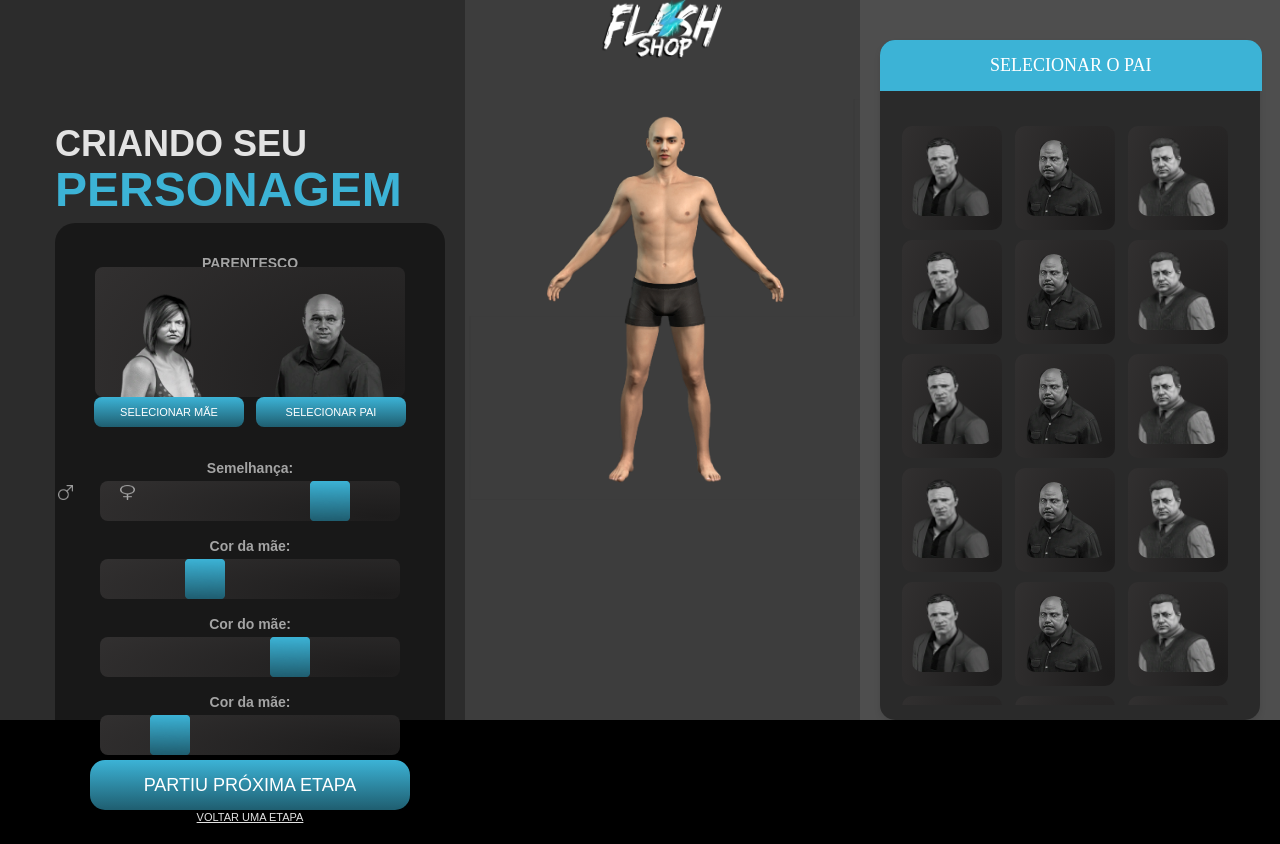
Repository: DuMCorrea/CriandoPerso
Page: index.html
These files come from the project's save history. The page is drawn as it stood at one moment and after the next save; the edit follows.
The browser window is 1280 px wide. The pictures show the whole page.

Above is the page before, as saved 2024-09-06 14:32:40.

### index.html
<!DOCTYPE html>
<html lang="en">
<head>
    <meta charset="UTF-8">
    <meta name="viewport" content="width=device-width, initial-scale=1.0">
    <title>Dividindo a Tela com Imagens</title>
    <link rel="stylesheet" href="styles.css">
</head>
<body>
    <div class="container">
        <div class="left">
            <h1 class="title">
                <span class="part1">CRIANDO SEU</span>
                <span class="part2">PERSONAGEM</span>
            </h1>
            <div class="vertical-rectangle">
                <div class="title-container">
                    <h2 class="parentesco-title">PARENTESCO</h2>
                </div>
                <div class="image-rectangle">
                    <img src="assets/mulher.png" alt="Imagem 1" class="rectangle-image">
                    <img src="assets/homem.png" alt="Imagem 2" class="rectangle-image">
                </div>
                <div class="button-group">
                    <button class="top-button">SELECIONAR MÃE</button>
                    <button class="top-button">SELECIONAR PAI</button>
                </div>
                <div class="rectangles-group">
                    <div class="image-container">
                        <img src="assets/Fem.png" alt="Imagem 1" class="small-image left-image">
                        <img src="assets/Masc.png" alt="Imagem 2" class="small-image right-image">
                    </div>
                    <div class="rectangle-title">Semelhança:</div>
                    <div class="gradient-rectangle">
                        <img src="assets/quadradoAzul.png" alt="Imagem 1" class="small-image1">
                    </div>

                    <div class="rectangle-title">Cor da mãe:</div>
                    <div class="gradient-rectangle">
                        <img src="assets/quadradoAzul.png" alt="Imagem 2" class="small-image2">
                    </div>

                    <div class="rectangle-title">Cor do mãe:</div>
                    <div class="gradient-rectangle">
                        <img src="assets/quadradoAzul.png" alt="Imagem 3" class="small-image3">
                    </div>

                    <div class="rectangle-title">Cor da mãe:</div>
                    <div class="gradient-rectangle">
                        <img src="assets/quadradoAzul.png" alt="Imagem 4" class="small-image4">
                    </div>
                </div>
                <button class="rectangle-button">PARTIU PRÓXIMA ETAPA</button>
                <button class="back-button">VOLTAR UMA ETAPA</button>
            </div>
        </div>
        <div class="center">
            <img src="assets/FlashStore 1 (1).png" alt="Imagem 1" class="top-image">
            <img src="assets/boneco 2.png" alt="Imagem 2" class="center-image">
        </div>
        <div class="right">
            <div class="novo-retangulo">
                <div class="titulo-retangulo">SELECIONAR O PAI</div>
                <div class="conteudo-scroll">
                    <div class="imagens-container">
                        <div class="imagem-wrapper">
                            <img src="assets/homemQuadrado.png" alt="Imagem 1">
                        </div>
                        <div class="imagem-wrapper">
                            <img src="assets/homemMeio.png" alt="Imagem 2">
                        </div>
                        <div class="imagem-wrapper">
                            <img src="assets/homemDireita.png" alt="Imagem 3">
                        </div>
                    </div>
                    <div class="imagens-container">
                        <div class="imagem-wrapper">
                            <img src="assets/homemQuadrado.png" alt="Imagem 1">
                        </div>
                        <div class="imagem-wrapper">
                            <img src="assets/homemMeio.png" alt="Imagem 2">
                        </div>
                        <div class="imagem-wrapper">
                            <img src="assets/homemDireita.png" alt="Imagem 3">
                        </div>
                    </div>
                    <div class="imagens-container">
                        <div class="imagem-wrapper">
                            <img src="assets/homemQuadrado.png" alt="Imagem 1">
                        </div>
                        <div class="imagem-wrapper">
                            <img src="assets/homemMeio.png" alt="Imagem 2">
                        </div>
                        <div class="imagem-wrapper">
                            <img src="assets/homemDireita.png" alt="Imagem 3">
                        </div>
                    </div>
                    <div class="imagens-container">
                        <div class="imagem-wrapper">
                            <img src="assets/homemQuadrado.png" alt="Imagem 1">
                        </div>
                        <div class="imagem-wrapper">
                            <img src="assets/homemMeio.png" alt="Imagem 2">
                        </div>
                        <div class="imagem-wrapper">
                            <img src="assets/homemDireita.png" alt="Imagem 3">
                        </div>
                    </div>
                    <div class="imagens-container">
                        <div class="imagem-wrapper">
                            <img src="assets/homemQuadrado.png" alt="Imagem 1">
                        </div>
                        <div class="imagem-wrapper">
                            <img src="assets/homemMeio.png" alt="Imagem 2">
                        </div>
                        <div class="imagem-wrapper">
                            <img src="assets/homemDireita.png" alt="Imagem 3">
                        </div>
                    </div>
                    <div class="imagens-container">
                        <div class="imagem-wrapper">
                            <img src="assets/homemQuadrado.png" alt="Imagem 1">
                        </div>
                        <div class="imagem-wrapper">
                            <img src="assets/homemMeio.png" alt="Imagem 2">
                        </div>
                        <div class="imagem-wrapper">
                            <img src="assets/homemDireita.png" alt="Imagem 3">
                        </div>
                    </div>
                    <div class="imagens-container">
                        <div class="imagem-wrapper">
                            <img src="assets/homemQuadrado.png" alt="Imagem 1">
                        </div>
                        <div class="imagem-wrapper">
                            <img src="assets/homemMeio.png" alt="Imagem 2">
                        </div>
                        <div class="imagem-wrapper">
                            <img src="assets/homemDireita.png" alt="Imagem 3">
                        </div>
                    </div>
                    <div class="imagens-container">
                        <div class="imagem-wrapper">
                            <img src="assets/homemQuadrado.png" alt="Imagem 1">
                        </div>
                        <div class="imagem-wrapper">
                            <img src="assets/homemMeio.png" alt="Imagem 2">
                        </div>
                        <div class="imagem-wrapper">
                            <img src="assets/homemDireita.png" alt="Imagem 3">
                        </div>
                    </div>

                    <!-- Continue repetindo conforme necessário -->
                </div>
            </div>
        </div>

    </div>
</body>

</html>

### styles.css
body, html {
    margin: 0;
    padding: 0;
    height: 100%;
    display: flex;
    justify-content: center;
    align-items: center;
    background-color: #000; /* Fundo escuro */
}

.container {
    display: flex;
    width: 100%;
    height: 100%;
}

.container > div {
    flex: 1; /* Cada div ocupa 1/3 do espaço disponível */
    height: 100%;
    padding: 20px;
    box-sizing: border-box;
}



/* PARTE ESQUERDA */



.left {
    background-color: #2c2c2c;
    display: flex;
    flex-direction: column;
    justify-content: flex-start;
    align-items: flex-start;

}

.title {
    margin: 100px 0 0 0; /* Adiciona margem superior para mover o título para baixo */
    padding: 0;
}

.part1 {
    font-family: 'Baloo Bhai', sans-serif;
    font-size: 36px;
    font-weight: 700; /* Aumenta o peso da fonte para deixá-la mais grossa */
    line-height: 48px;
    text-align: left;
    color: #E3E3E3;
    display: block;
    margin-bottom: -10px; /* Reduz a distância entre as duas partes do título */
    margin-left: 35px;
}

.part2 {
    font-family: 'Baloo Bhai', sans-serif;
    font-size: 48px;
    font-weight: 700; /* Aumenta o peso da fonte para deixá-la mais grossa */
    line-height: 64px;
    text-align: left;
    color: #3CB3D6;
    display: block;
    margin-left: 35px;
}

.vertical-rectangle {
    width: 390px; /* Largura do retângulo */
    height: 660px; /* Altura do retângulo */
    background: #00000075; /* Cor de fundo com opacidade */
    border-radius: 20px; /* Bordas arredondadas */
    margin-left: 35px; /* Alinhamento com o título */
    margin-top: 1px; /* Espaço entre o título e o retângulo */
    display: flex;
    flex-direction: column;
    justify-content: space-between; /* Distribui o espaço */
    align-items: center; /* Centraliza os conteúdos */
}


.rectangle-button {
    width: 320px; /* Largura do botão */
    height: 50px; /* Altura do botão */
    background: linear-gradient(180deg, #3CB3D6 0%, #1F5E70 100%); /* Gradiente de cor */
    border-radius: 15px; /* Bordas arredondadas */
    border: none; /* Remove borda padrão do botão */
    color: white; /* Cor do texto */
    font-family: 'Baloo Bhai', sans-serif;
    font-size: 18px; /* Tamanho do texto */
    display: flex;
    justify-content: center; /* Centraliza horizontalmente */
    align-items: center; /* Centraliza verticalmente */
    margin-bottom: -15px; /* Ajusta o espaçamento superior */
    cursor: pointer;
}

.back-button {
    background: none; /* Remove o fundo */
    border: none; /* Remove a borda */
    color: #E3E3E3; /* Cor do texto */
    font-family: 'Baloo Bhai', sans-serif;
    font-size: 11px; /* Tamanho do texto */
    margin-bottom: 20px; /* Espaçamento superior ajustado */
    margin-top: 10px;
    text-decoration: underline; /* Adiciona sublinhado */
    cursor: pointer; /* Muda o cursor ao passar por cima */
}


.button-group {
    display: flex;
    justify-content: space-between; /* Espaça os botões igualmente */
    width: 0%; /* Largura igual à do retângulo */
    padding: 10px 20px; /* Adiciona espaçamento ao redor dos botões */
}

.top-button {
    width: 50px; /* Largura dos botões */
    height: 40px; /* Altura dos botões */
    background: linear-gradient(180deg, #3CB3D6 0%, #1F5E70 100%); /* Gradiente de cor */
    border-radius: 15px; /* Bordas arredondadas */
    border: none; /* Remove borda padrão do botão */
    color: white; /* Cor do texto */
    font-family: 'Baloo Bhai', sans-serif;
    font-size: 16px; /* Tamanho do texto */
    display: flex;
    justify-content: center; /* Centraliza horizontalmente */
    align-items: center; /* Centraliza verticalmente */
    cursor: pointer;
}




.gradient-rectangle {
    width: 300px; /* Largura igual ao botão */
    height: 40px; /* Altura padrão para cada retângulo, ajuste conforme necessário */
    background: radial-gradient(547.21% 823.76% at 94.51% 88.04%, #1D1C1C 0%, #837E7E 100%);
    border-radius: 8px; /* Bordas arredondadas, igual ao botão */
    margin-bottom: 1px; /* Diminui a distância entre os retângulos */
    margin-top: 38px;
    margin-left: 0px;
}

.rectangle-title {
    width: 300px; /* Largura igual ao botão e retângulos */
    height: 30px; /* Altura do título */
    border-radius: 8px; /* Bordas arredondadas */
    display: flex;
    align-items: center; /* Centraliza verticalmente o texto */
    justify-content: center; /* Centraliza horizontalmente o texto */
    color: #A4A4A4; /* Cor do texto */
    font-weight: 700;
    font-family: 'Baloo Bhai', sans-serif;
    font-size: 14px; /* Tamanho do texto */
    margin-bottom: -40px; /* Espaçamento entre o título e o retângulo */
    margin-top: 10px;

}

.image-container {
    width: 51%;
    display: flex;
    justify-content: space-between; /* Coloca uma imagem em cada lado */
    position: absolute; /* As imagens ficam fora do fluxo normal */
    top: 40px; /* Ajusta a posição acima do retângulo */
    padding: 0 10px; /* Espaçamento lateral entre as bordas */
}

.small-image {
    width: 15px; /* Define o tamanho da imagem */
    height: 15px;
}

.left-image {
    position: relative;
    left: 10px;
    top: 445px;
}

.right-image {
    position: relative;
    right: 690px;
    top: 445px
}

.small-image1 {
    width: 40px;
    height: 40px;
    left: 210px;
    position: relative;
}
.small-image2 {
    width: 40px;
    height: 40px;
    left: 85px;
    position: relative;
}
.small-image3 {
    width: 40px;
    height: 40px;
    left: 170px;
    position: relative;
}
.small-image4 {
    width: 40px;
    height: 40px;
    left: 50px;
    position: relative;
}

.button-group {
    display: flex;
    justify-content: space-between; /* Espaça os botões igualmente */
    width: 80%; /* Largura do grupo de botões */
    height: 1%;
    top: -15px;
    position: relative;
}

.top-button {
    width: 150px; /* Largura dos botões */
    height: 30px; /* Altura dos botões */
    background: linear-gradient(180deg, #3CB3D6 0%, #1F5E70 100%); /* Gradiente de cor */
    border-radius: 8px; /* Bordas arredondadas */
    border: none; /* Remove borda padrão do botão */
    color: white; /* Cor do texto */
    font-family: 'Baloo Bhai', sans-serif;
    font-size: 11px; /* Tamanho do texto */
    cursor: pointer;
}

.rectangles-group {
    margin-top: 10px; /* Ajusta o espaçamento superior */
}

.image-rectangle {
    width: 290px; /* Largura do retângulo */
    height: 130px; /* Altura do retângulo */
    background: radial-gradient(547.21% 823.76% at 94.51% 88.04%, #1D1C1C 0%, #837E7E 100%); /* Gradiente de fundo */
    border-radius: 8px; /* Bordas arredondadas */
    display: flex;
    justify-content: space-between; /* Espaça as imagens igualmente */
    align-items: center; /* Centraliza verticalmente */
    padding: 0 10px; /* Espaçamento lateral interno */
    position: relative;
    top: 0px;
}

.rectangle-image {
    width: 110px; /* Largura das imagens */
    height: 110px; /* Altura das imagens */
    position: relative;
    right: 10px;
    top: 10px;
    bottom: 0px;
}

/* Estilo para o novo título sem fundo */
.title-container {
    width: 0%;
    display: flex;
    justify-content: center; /* Centraliza o título horizontalmente */
    margin-bottom: 0; /* Remove o espaço entre o título e o retângulo de imagens */
}

.parentesco-title {
    color: #A4A4A4; /* Cor do texto */
    font-family: 'Baloo Bhai', sans-serif;
    font-size: 14px; /* Tamanho do texto */
    font-weight: bold;
    text-align: center; /* Centraliza o texto dentro do título */
    position: relative;
    top: 20px;
}

/* PARTE CENTRAL */



.center {
    background-color: #3d3d3d; /* Cor de fundo para a div central */
    display: flex;
    flex-direction: column;
    align-items: center;
    justify-content: space-between; /* Distribui o espaço entre as imagens */
}


.top-image {
    max-width: 40%;
    height: auto;
    margin-top: -60px;
}

.center-image {
    max-width: 200%;
    height: auto;
    margin-top: auto; /* Centraliza verticalmente */
    margin-bottom: 200px;
}


/* PARTE DIREITA */



.right {
    background-color: #4e4e4e;
}

.novo-retangulo {
    width: 350px;
    height: 650px;
    background-color: rgba(0, 0, 0, 0.46);
    border-radius: 15px;
    margin: 20px auto;
    padding: 15px;
    box-shadow: 0 4px 6px rgba(0, 0, 0, 0.1);
    display: flex;
    flex-direction: column;

}

.titulo-retangulo {
    background-color: #3CB3D6;
    color: white;
    font-size: 18px;
    text-align: center;
    padding: 15px;
    border-radius: 15px 15px 0 0;
    box-sizing: border-box;
    margin-bottom: 20px;
    position: relative;
    bottom: 15px;
    right: 15px;
    width: 109%; /* Título ocupará toda a largura do retângulo */
}

.conteudo-scroll {
    flex-grow: 1; /* Faz o contêiner de rolagem ocupar o espaço restante */
    overflow-y: auto;
    padding-right: 10px;
}

.imagens-container {
    display: flex;
    justify-content: space-around;
    margin-bottom: 10px; /* Espaço entre as imagens e o próximo grupo */
}

.imagem-wrapper {
    background: radial-gradient(547.21% 823.76% at 94.51% 88.04%, #1D1C1C 0%, #837E7E 100%);
    border-radius: 10px;
    padding: 10px;
}

.imagem-wrapper img {
    width: 80px;
    height: 80px;
    border-radius: 10px;
}

.conteudo-scroll::-webkit-scrollbar {
    width: 10px;
}

.conteudo-scroll::-webkit-scrollbar-thumb {
    background: linear-gradient(180deg, #3CB3D6 0%, #1F5E70 100%);
    border-radius: 10px;
}

.conteudo-scroll::-webkit-scrollbar-track {
    background-color: transparent;
}

After the next save:
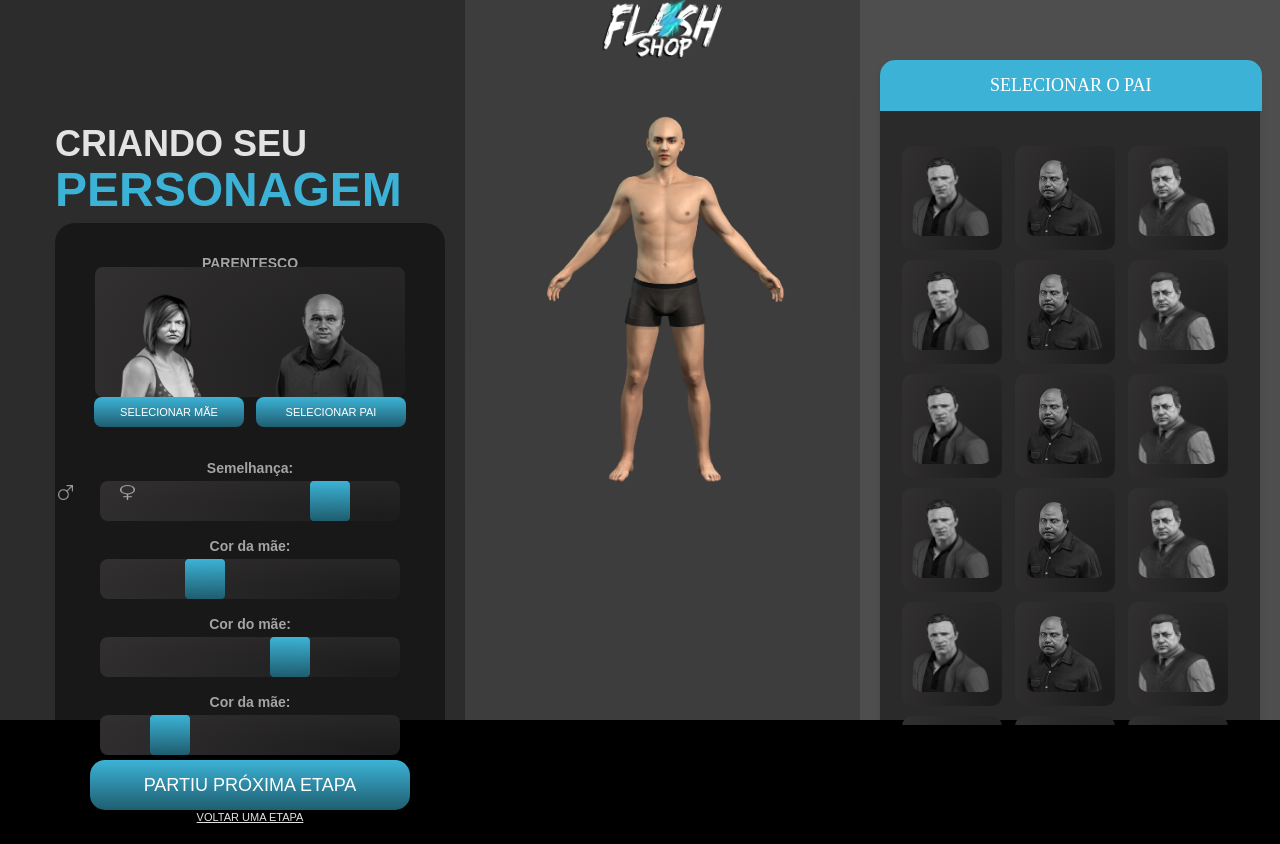
Saved 16 s later.
--- a/styles.css
+++ b/styles.css
@@ -319,6 +319,8 @@
     box-shadow: 0 4px 6px rgba(0, 0, 0, 0.1);
     display: flex;
     flex-direction: column;
+    position: relative;
+    top: 20px;
 
 }
 
